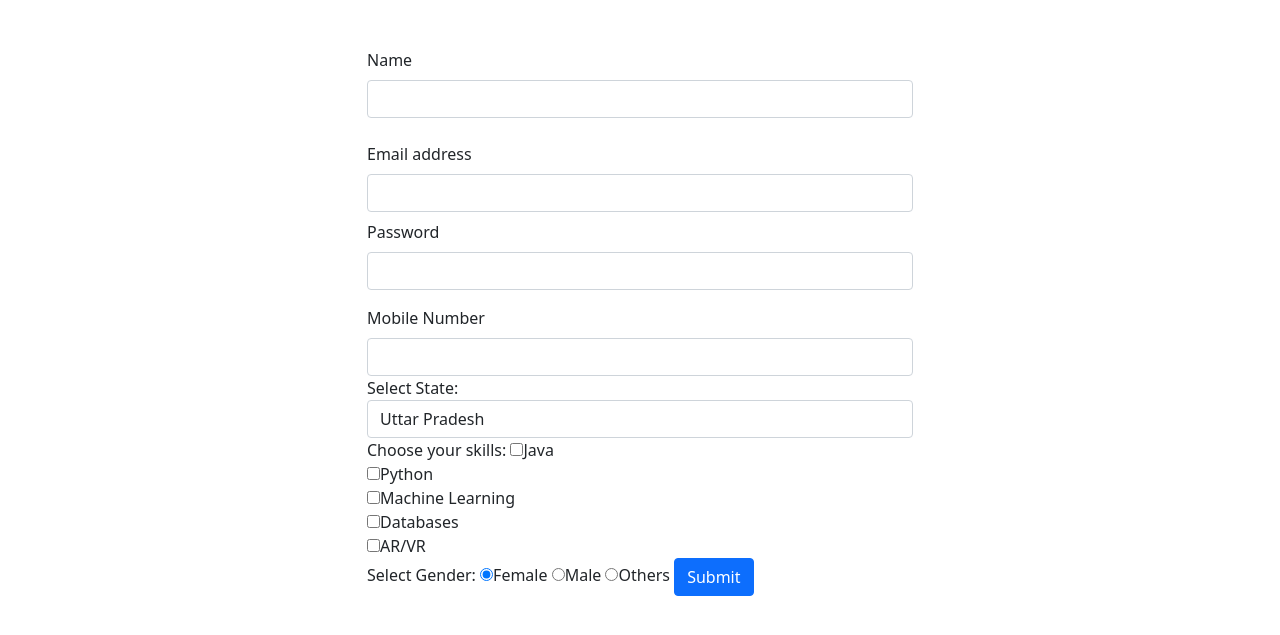
Repository: SimSri-ExtraMarks/FormHandling
Page: formHandling/form.html
An editor plug-in stored every save of this project. The page is shown before and after the next save, followed by the edit.
The browser window is 1280 px wide. The pictures show the whole page.

Above is the page before, as saved 2021-06-26 12:48:30.

### formHandling/form.html
<!doctype html>
<html lang="en">
<head>
<meta charset="UTF-8" />
<title>Registration Form</title>
<link
	href="https://cdn.jsdelivr.net/npm/bootstrap@5.0.2/dist/css/bootstrap.min.css"
	rel="stylesheet"
	integrity="sha384-EVSTQN3/azprG1Anm3QDgpJLIm9Nao0Yz1ztcQTwFspd3yD65VohhpuuCOmLASjC"
	crossorigin="anonymous">
</head>
<body>
	<div class="container">
		<div class="row mt-5">
			<div class="col-md-6 offset-md-3">
				<form>
<div class="form-outline mb-4">
<label for="name" class="form-label">Name</label>
  <input type="text" id="name" class="form-control" />

</div>
					<div class="mb-2">
						<label for="exampleInputEmail1" class="form-label">Email
							address</label> <input type="email" class="form-control"
							id="exampleInputEmail1" aria-describedby="emailHelp">
					</div>
					<div class="mb-3">
						<label for="exampleInputPassword1" class="form-label">Password</label>
						<input type="password" class="form-control"
							id="exampleInputPassword1">
					</div>
					<div class="mb-3">
						<label for="exampleInputMobileNumber" class="form-label">Mobile
							Number</label> <input type="mobilenumber" class="form-control"
							id="exampleInputMobileNumber">


						<div class="form-group">
							<label for="exampleInputState">Select State:</label> <select
								class="form-control" id="exampleInputState">
								<option>Uttar Pradesh</option>
								<option>Maharashtra</option>
								<option>Rajasthan</option>
								<option>Kerala</option>
							</select>
						</div>

						<div class="checkbox">
						<label for="exampleInputSkills">Choose your skills:</label>
  <label><input type="checkbox" value="exampleInputSkills">Java</label>
</div>
<div class="checkbox">
  <label><input type="checkbox" value="exampleInputSkills">Python</label>
</div>
<div class="checkbox disabled">
  <label><input type="checkbox" value="exampleInputSkills">Machine Learning</label>

  <div class="checkbox">
  <label><input type="checkbox" value="exampleInputSkills">Databases</label>
</div>
<div class="checkbox disabled">
  <label><input type="checkbox" value="exampleInputSkills">AR/VR</label>
</div>

						<!-- <div id="emailHelp" class="form-text">We'll never share your
							email with anyone else.</div> -->
						<label for="exampleInputGender">Select Gender:</label> <label
							class="radio-inline"><input type="radio"
							name="exampleInputGender" checked>Female</label> <label
							class="radio-inline"><input type="radio"
							name="exampleInputGender">Male</label> <label
							class="radio-inline"><input type="radio"
							name="exampleInputGender">Others</label>


						<button type="submit" class="btn btn-primary">Submit</button>
				</form>



			</div>
		</div>
	</div>
</body>
</html>

After the next save:
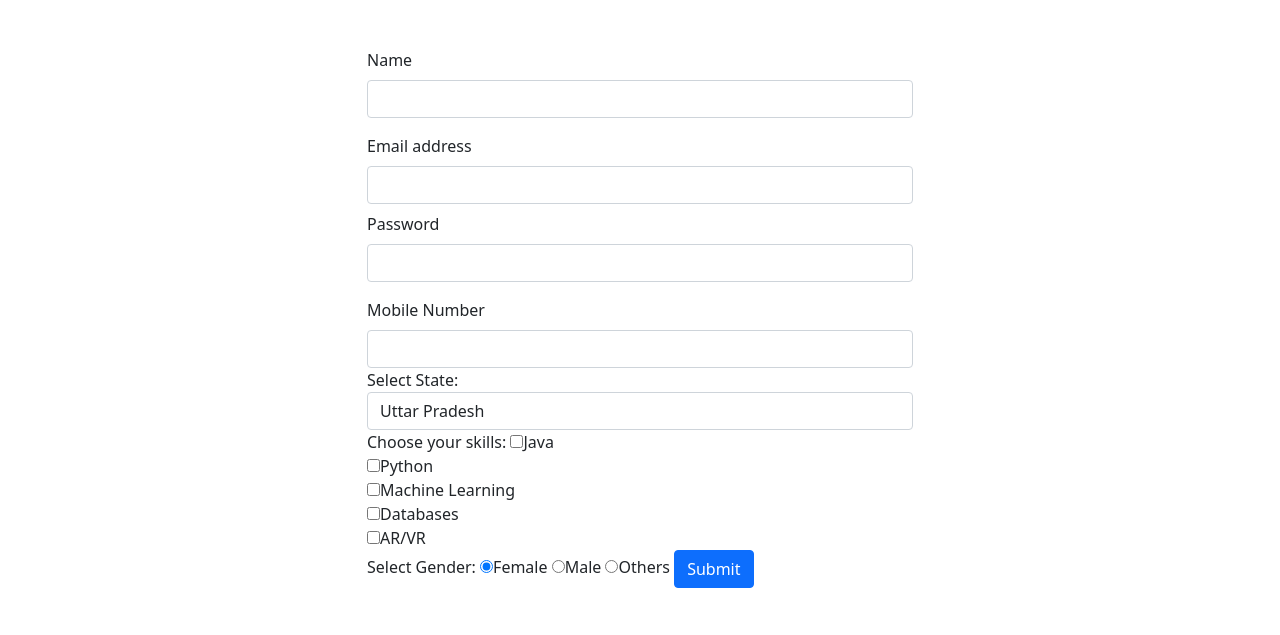
Saved 12 s later.
--- a/formHandling/form.html
+++ b/formHandling/form.html
@@ -14,7 +14,7 @@
 		<div class="row mt-5">
 			<div class="col-md-6 offset-md-3">
 				<form>
-<div class="form-outline mb-4">
+<div class="form-outline mb-3">
 <label for="name" class="form-label">Name</label>
   <input type="text" id="name" class="form-control" />
 
